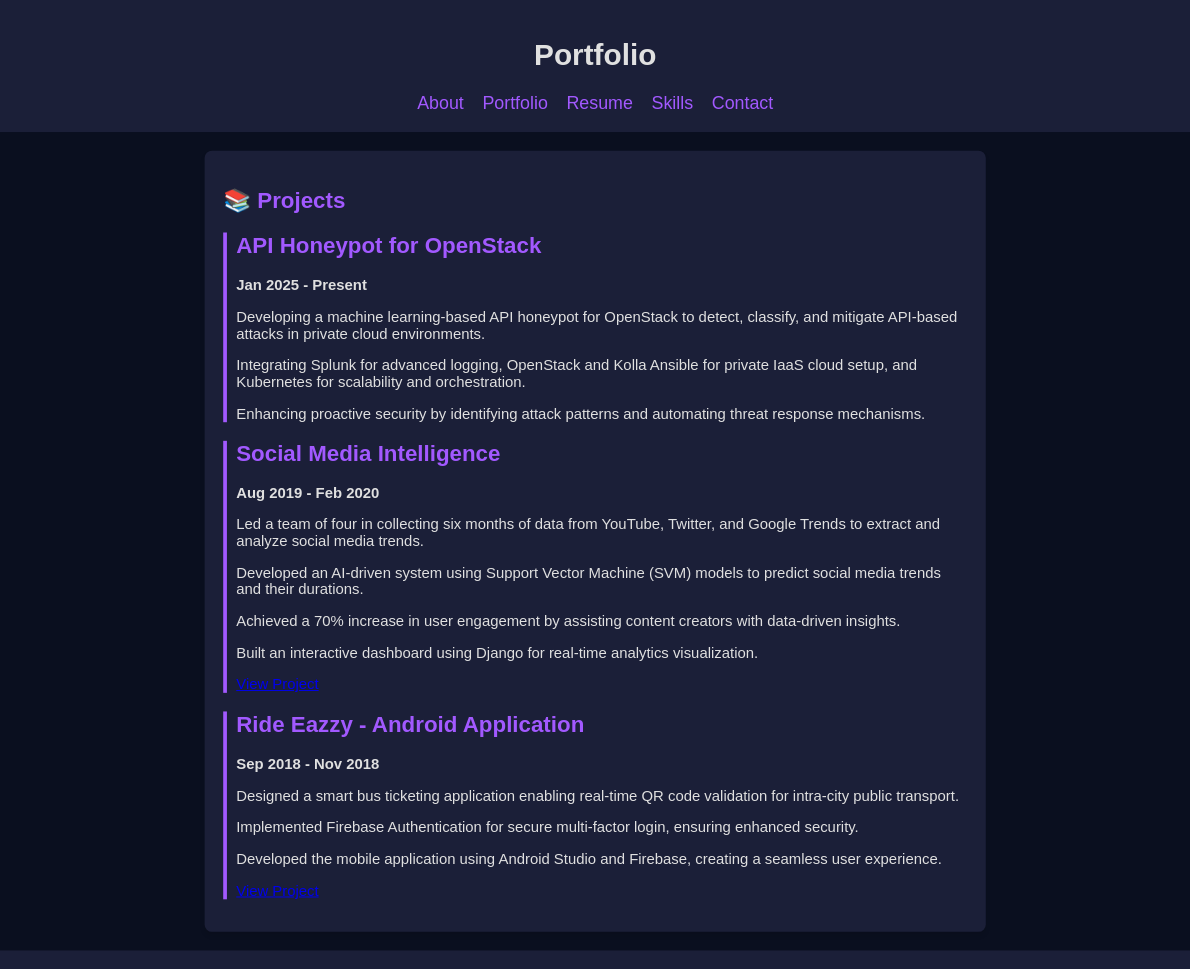
Repository: aman3singh/portfolio
Page: portfolio.html
The author's editor kept a copy of each file at every save. The page is drawn from the files as they stood at one save, then again after the next save.
The browser window is 1280 px wide. The pictures show the whole page, at 93% of full size.

Above is the page before, as saved 2025-02-12 00:07:09.

### portfolio.html
<!DOCTYPE html>
<html lang="en">
<head>
    <meta charset="UTF-8">
    <meta name="viewport" content="width=device-width, initial-scale=1.0">
    <title>Aman Singh | Portfolio</title>
    <link rel="stylesheet" href="styles.css">
</head>
<body>
    <header>
        <h1>Portfolio</h1>
        <nav>
            <a href="index.html#about">About</a>
            <a href="portfolio.html" class="active">Portfolio</a>
            <a href="resume.html">Resume</a>
            <a href="index.html#skills">Skills</a>
            <a href="index.html#contact">Contact</a>
        </nav>
    </header>

    <section class="projects">
        <h2>📚 Projects</h2>
        <div class="project">
            <h2>API Honeypot for OpenStack</h2>
            <p><strong>Jan 2025 - Present</strong></p>
            <p>Developing a machine learning-based API honeypot for OpenStack to detect, classify, and mitigate API-based attacks in private cloud environments.</p>
            <p>Integrating Splunk for advanced logging, OpenStack and Kolla Ansible for private IaaS cloud setup, and Kubernetes for scalability and orchestration.</p>
            <p>Enhancing proactive security by identifying attack patterns and automating threat response mechanisms.</p>
        </div>

        <div class="project">
            <h2>Social Media Intelligence</h2>
            <p><strong>Aug 2019 - Feb 2020</strong></p>
            <p>Led a team of four in collecting six months of data from YouTube, Twitter, and Google Trends to extract and analyze social media trends.</p>
            <p>Developed an AI-driven system using Support Vector Machine (SVM) models to predict social media trends and their durations.</p>
            <p>Achieved a 70% increase in user engagement by assisting content creators with data-driven insights.</p>
            <p>Built an interactive dashboard using Django for real-time analytics visualization.</p>
            <a href="https://github.com/your-username/social-media-intelligence" target="_blank">View Project</a>
        </div>

        <div class="project">
            <h2>Ride Eazzy - Android Application</h2>
            <p><strong>Sep 2018 - Nov 2018</strong></p>
            <p>Designed a smart bus ticketing application enabling real-time QR code validation for intra-city public transport.</p>
            <p>Implemented Firebase Authentication for secure multi-factor login, ensuring enhanced security.</p>
            <p>Developed the mobile application using Android Studio and Firebase, creating a seamless user experience.</p>
            <a href="https://github.com/your-username/ride-eazzy" target="_blank">View Project</a>
        </div>
    </section>

    <footer>
        <div class="social-links" style="display: flex; gap: 20px; font-size: 2rem;">
            <a href="mailto:aman3singh.work@gmail.com" target="_blank">
                <i class="fa-solid fa-envelope"></i>
            </a>
            <a href="https://www.linkedin.com/in/aman-singh7/" target="_blank">
                <i class="fa-brands fa-linkedin"></i>
            </a>
            <a href="https://github.com/aman3singh" target="_blank">
                <i class="fa-brands fa-github"></i>
            </a>
        </div>
</footer>
</body>
</html>

### styles.css
body {
    font-family: 'Arial', sans-serif;
    margin: 0;
    padding: 0;
    background-color: #0A0F1F;
    color: #E0E0E0;
}

header {
    background-color: #1B1F38;
    color: 	#E0E0E0;
    text-align: center;
    padding: 20px;
}

nav {
    display: flex;
    justify-content: center;
    gap: 20px;
}

nav a {
    color: #A259FF;
    text-decoration: none;
    font-size: 1.2em;
    transition: color 0.3s;
}

nav a:hover {
    color: #00E5FF;
}

section {
    padding: 20px;
    margin: 20px auto;
    max-width: 800px;
    background: #1B1F38;
    box-shadow: 0px 4px 6px rgba(0, 0, 0, 0.1);
    border-radius: 8px;
}

h2 {
    color: #A259FF;
}
#about {
    display: flex;
    align-items: center;
    gap: 30px;
    padding: 40px;
    background-color: #1B1F38;
    border-radius: 12px;
    box-shadow: 0px 4px 10px rgba(0, 0, 0, 0.3);
}

#about img {
    width: 100%;
    max-width: 300px;
    border-radius: 12px;
    box-shadow: 0px 4px 10px rgba(0, 0, 0, 0.3);
}

#about h2 {
    color: #A259FF;
    font-size: 2em;
}

#about p {
    color: #E0E0E0;
    font-size: 1.1em;
    line-height: 1.6;
}
#resume-container {
    display: flex;
    justify-content: center;
    align-items: center;
    min-height: 100vh;
    background-color: #0A0F1F; /* Match with your theme */
    padding-bottom: 0; /* Ensures no extra padding */
    overflow: hidden; /* Prevents extra scrolling */
}

#resume-container iframe {
    width: 80%;
    height: 100vh; /* Make it take full viewport height */
    border: none;
    background-color: transparent;
}

.project {
    border-left: 4px solid #A259FF;
    padding-left: 10px;
    margin-bottom: 15px;
}

.social-links {
    display: flex;
    justify-content: center;
    gap: 15px;
    font-size: 2rem;
}

.social-links a {
    color: #A259FF;
    transition: color 0.3s;
}

.social-links a:hover {
    color: #00E5FF;
}
.credential-button {
    color: #E0E0E0;
    text-decoration: none;
    background-color: #A259FF;
    padding: 10px 18px;
    border-radius: 8px;
    font-size: 1em;
    transition: background-color 0.3s ease-in-out;
    display: flex;
    align-items: center;
    justify-content: center;
}

.credential-button:hover {
    background-color: #00E5FF;
}

footer {
    text-align: center;
    padding: 10px;
    background-color: #1B1F38;
    color: #E0E0E0;
}

After the next save:
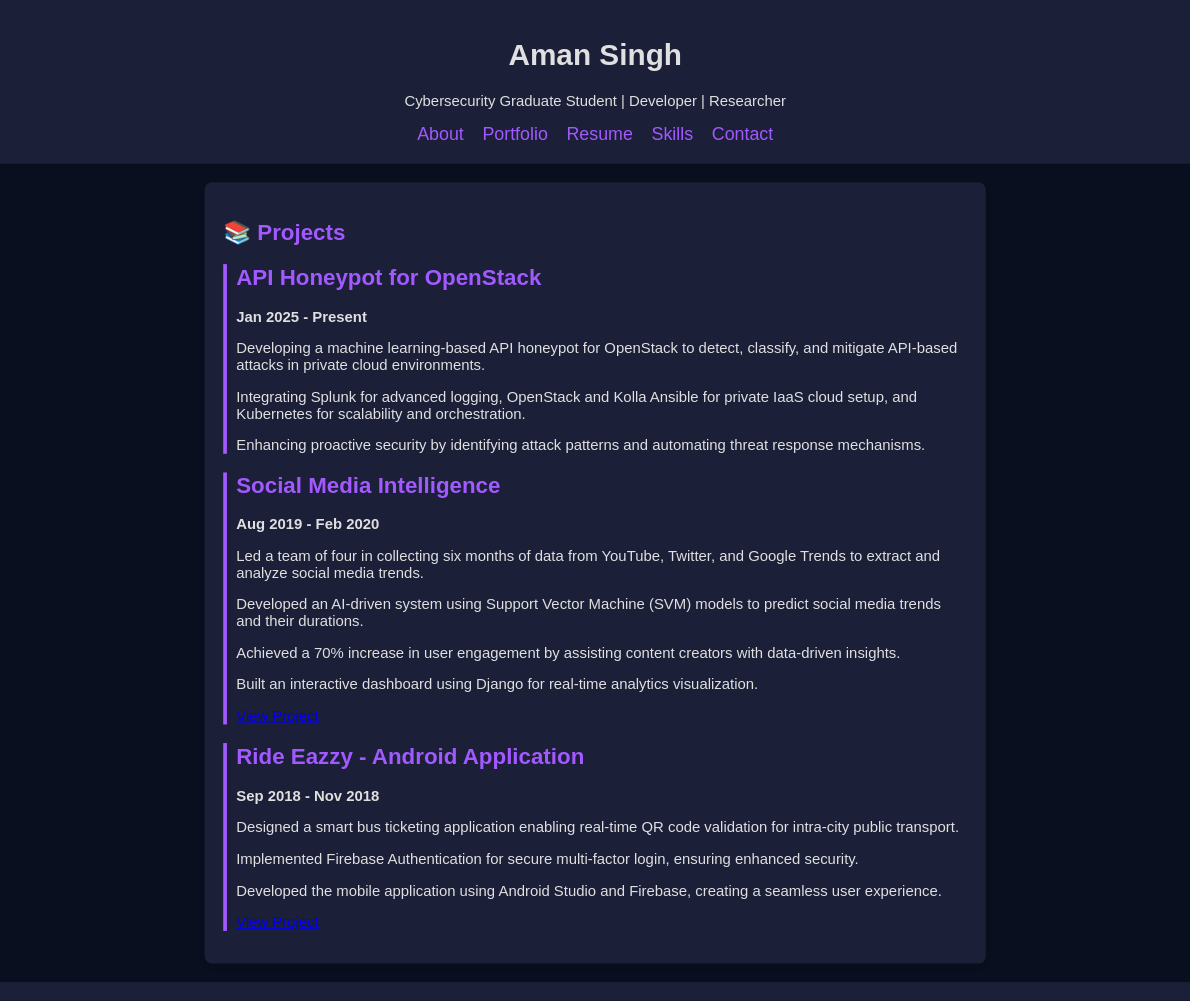
Saved 75 s later.
--- a/portfolio.html
+++ b/portfolio.html
@@ -8,7 +8,8 @@
 </head>
 <body>
     <header>
-        <h1>Portfolio</h1>
+        <h1>Aman Singh</h1>
+        <p>Cybersecurity Graduate Student | Developer | Researcher</p>
         <nav>
             <a href="index.html#about">About</a>
             <a href="portfolio.html" class="active">Portfolio</a>
